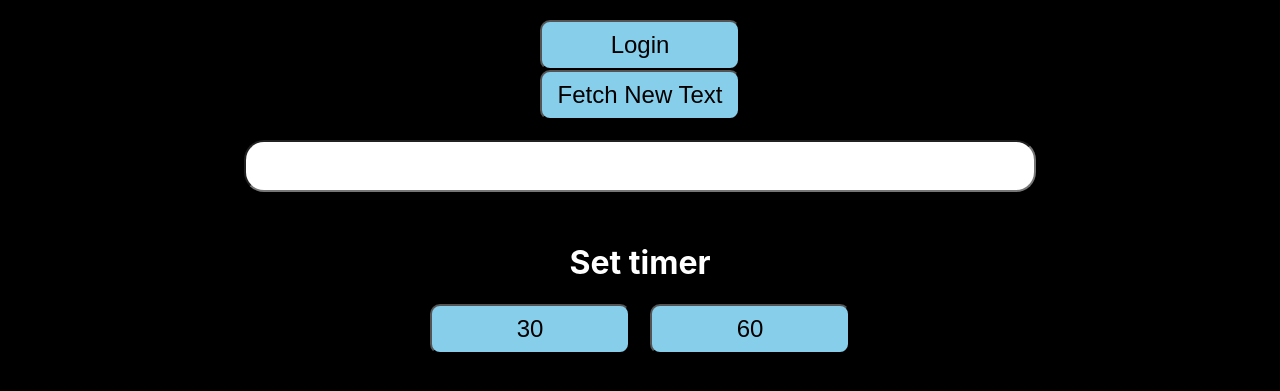
Repository: abhaysharma20233009/swiftKey
Page: / (app in frontend/my-app/)
An editor plug-in stored every save of this project. The page is shown before and after the next save, followed by the edit.
The browser window is 1280 px wide. The pictures show the whole page.
The page's requests for data from a server got no answer. The project was rebuilt for these pictures with package versions that can differ from the ones it lists, and the page was loaded fresh each time. No one was signed in, and anything a server would have sent is missing. Also part of the build but not shown: frontend/my-app/src/Results.js, frontend/my-app/src/Login.js.

Above is the page before, as saved 2024-10-10 17:07:47.

After the next save:
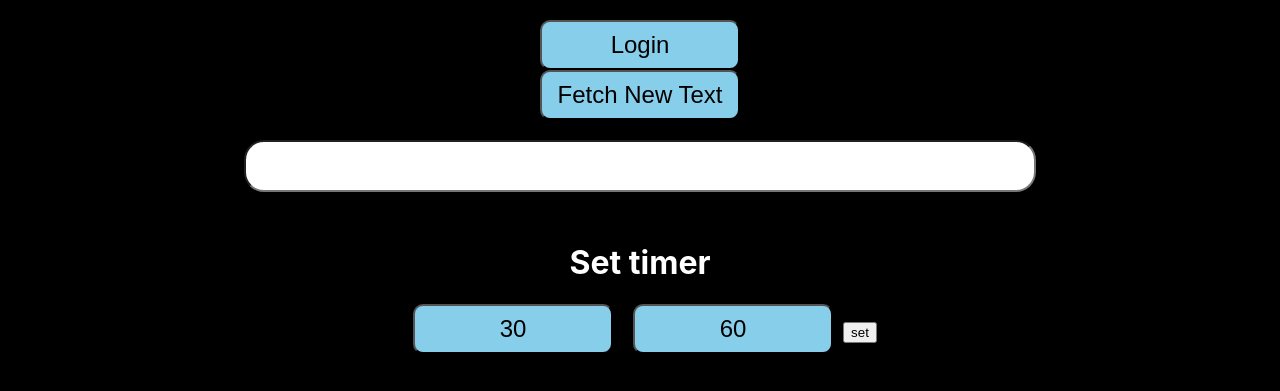
Saved 4 min 25 s later.
--- a/frontend/my-app/src/Swifts.js
+++ b/frontend/my-app/src/Swifts.js
@@ -8,6 +8,7 @@ function Swifts() {
     const [time, setTime] = useState(0);
     const navigate = useNavigate();
     const location = useLocation();
+    const [countdown, setCountdown] = useState(0);
 
     // Retrieve username from location state
     const username = location.state?.username || '';
@@ -56,7 +57,9 @@ function Swifts() {
             }
         }
     };
+    const set=()=>{
 
+    }
     const words = message.split(' ');
     const currentWord = words[currentWordIndex] || '';
 
@@ -98,6 +101,7 @@ function Swifts() {
             <h1>Set timer</h1>
             <button className="log" onClick={() => setTime(30)}>30</button>
             <button className="log" onClick={() => setTime(60)}>60</button>
+            <button onClick={set}>set</button>
         </div>
     );
 }
